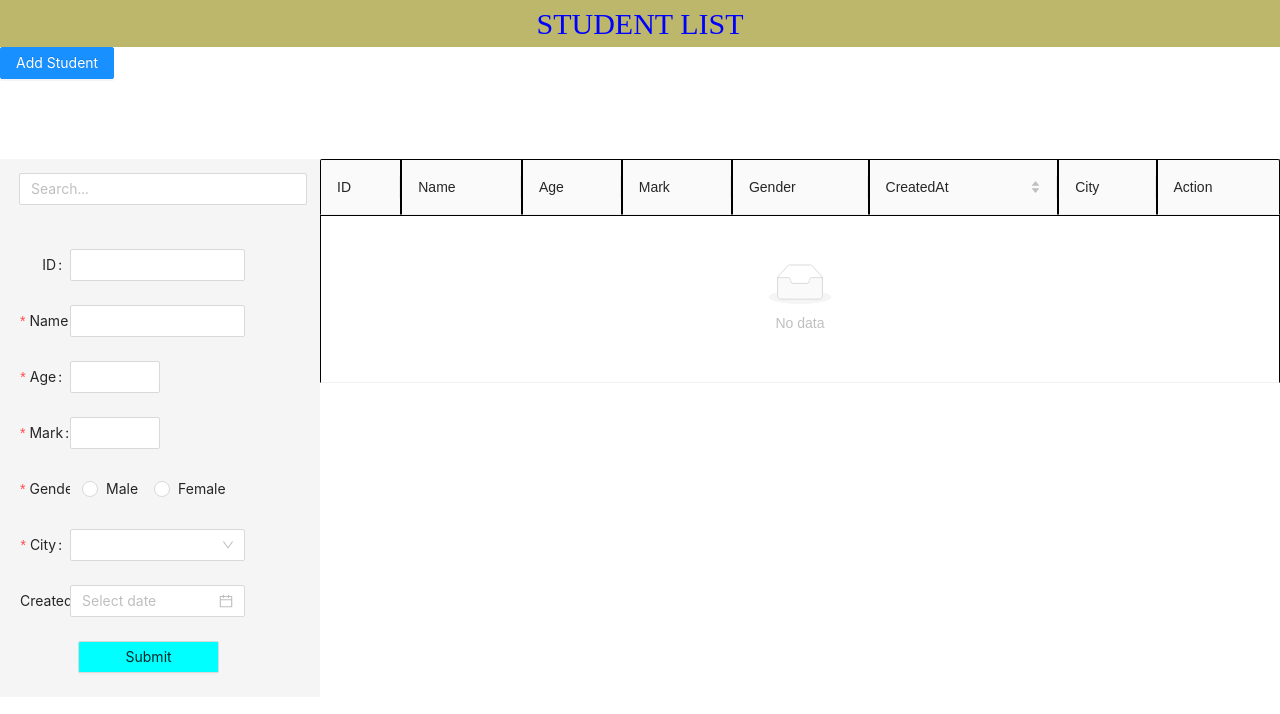
Repository: haminhdat1407/react-api-student
Page: /
The author's editor kept a copy of each file at every save. The page is drawn from the files as they stood at one save, then again after the next save.
The browser window is 1280 px wide. The pictures show the whole page.
The page's requests for data from a server got no answer. The project was rebuilt for these pictures with package versions that can differ from the ones it lists, and the page was loaded fresh each time. No one was signed in, and anything a server would have sent is missing. Also part of the build but not shown: src/styles.css.

Above is the page before, as saved 2022-03-14 10:27:37.

### public/index.html
<!DOCTYPE html>
<html lang="en">
  <head>
    <meta charset="utf-8" />
    <link rel="icon" href="%PUBLIC_URL%/favicon.ico" />
    <meta name="viewport" content="width=device-width, initial-scale=1" />
    <meta name="theme-color" content="#000000" />
    <meta
      name="description"
      content="Web site created using create-react-app"
    />
    <link rel="apple-touch-icon" href="%PUBLIC_URL%/logo192.png" />
    <link rel="stylesheet" href="https://cdnjs.cloudflare.com/ajax/libs/font-awesome/6.0.0/css/all.min.css" integrity="sha512-9usAa10IRO0HhonpyAIVpjrylPvoDwiPUiKdWk5t3PyolY1cOd4DSE0Ga+ri4AuTroPR5aQvXU9xC6qOPnzFeg==" crossorigin="anonymous" referrerpolicy="no-referrer" />

    <link rel="manifest" href="%PUBLIC_URL%/manifest.json" />


    <title>Students</title>
  </head>
  <body>
    <noscript>You need to enable JavaScript to run this app.</noscript>
    <div id="root"></div>

  </body>
</html>

### src/index.css
body {
  margin: 0;
  font-family: -apple-system, BlinkMacSystemFont, 'Segoe UI', 'Roboto', 'Oxygen',
    'Ubuntu', 'Cantarell', 'Fira Sans', 'Droid Sans', 'Helvetica Neue',
    sans-serif;
  -webkit-font-smoothing: antialiased;
  -moz-osx-font-smoothing: grayscale;
}

code {
  font-family: source-code-pro, Menlo, Monaco, Consolas, 'Courier New',
    monospace;
}
.ant-table-pagination-right {
  justify-content: center !important;
}

### src/App.js
import { Col, Row } from 'antd';
import { useEffect, useState } from 'react';
import './App.css';
import studentApi from './apis/studentApi';
import FormInput from './components/Form';
import SearchForm from './components/SearchInput';
import StudentList from './components/StudentList';
import ModalForm from './components/ModalForm';
import './styles.css';

export default function App() {
  const [studentList, setStudentList] = useState([]);
  const [idRemove, setIdRemove] = useState('');
  const [idEdit, setIdEdit] = useState('');
  const [searchTerm, setSearchTerm] = useState('');
  const [data, setData] = useState();
  const [studentEdit, setStudentEdit] = useState();
  const [add, setAdd] = useState();

  // get All
  useEffect(() => {
    try {
      (async () => {
        const responseStudent = await studentApi.getAll();
        setStudentList(responseStudent);
      })();
    } catch (error) {
      console.log(error);
    }
  }, []);

  //remove
  useEffect(() => {
    try {
      if (idRemove) {
        (async () => {
          const studentRemove = await studentApi.removeStudentByID(idRemove);
        })();
      }
    } catch (error) {
      console.log(error);
    }
  }, [idRemove]);

  // search by name

  useEffect(() => {
    try {
      (async () => {
        const searchStudent = await studentApi.searchByName(searchTerm);
        setStudentList(searchStudent);
      })();
    } catch (error) {
      console.log(error);
    }
  }, [searchTerm]);

  // add student
  useEffect(() => {
    if (data) {
      (async () => {
        const newStudent = await studentApi.addStudent(data);
        // const newStudent = {
        //   id: payload.id,
        //   name: payload.name,
        //   age: payload.age,
        //   mark: payload.mark,
        //   gender: payload.gender,
        //   city: payload.city,
        //   createdAt: payload.createdAt,
        // };

        setStudentList((prevStudent) => [...prevStudent, newStudent]);
      })();
    }
  }, [data]);

  // get by ID
  useEffect(() => {
    try {
      if (idEdit) {
        (async () => {
          const studentEdit = await studentApi.getByID(idEdit);
          setStudentEdit(studentEdit);
        })();
      }
    } catch (error) {
      console.log(error);
    }
  }, [idEdit]);

  const handleRemoveUser = (idDelete) => {
    setIdRemove(idDelete);
    const newStudentList = studentList.filter((student) => {
      // tra ve 1 mang moi...khong co id can xoa
      return student.id !== idDelete;
    });
    setStudentList(newStudentList);
  };

  const handleSearch = (value) => {
    setSearchTerm(value);
  };

  const handleAddStudent = (data) => {
    setData(data);
  };

  const handleEditStudent = (dataEdit) => {
    setIdEdit(dataEdit);
  };

  console.log(studentEdit);

  //Button addStudent
  const handleAdd = (onAdd) => {
    setAdd(onAdd);
  };

  return (
    <>
      <label className='lb-student'>STUDENT LIST</label>
      <ModalForm type='primary' onAdd={handleAdd} />
      <Row style={{ marginTop: '80px' }}>
        <Col span={18} push={6}>
          <StudentList
            data={studentList}
            onRemove={handleRemoveUser}
            onEditStudent={handleEditStudent}
          />
        </Col>

        <Col style={{ backgroundColor: 'whitesmoke' }} span={6} pull={18}>
          <SearchForm onChange={handleSearch} />
          <FormInput onChange={handleAddStudent} dataEdit={studentEdit} />
        </Col>
      </Row>
    </>
  );
}
//  [dat01, dat02]].len 2 2

//  id : "dat" + (data.lenght + 1)
//  6 filed

### src/App.css
.lb-student {
  display: flex;
  justify-content: center;
  color: blue;
  font-family: -webkit-body;
  font-size: 30px;
  background: darkkhaki;
}

### src/apis/studentApi.js
import axiosClient from './axiosClient';

const studentApi = {
  getAll() {
    const url = `students`;
    return axiosClient.get(url);
  },
  getByID(id) {
    const url = `students/${id}`;
    return axiosClient.get(url);
  },

  removeStudentByID(id) {
    const url = `students/${id}`;
    return axiosClient.delete(url);
  },
  searchByName(searchTerm) {
    const url = `students?name_like=${searchTerm}`;
    return axiosClient.get(url);
  },
  addStudent(data) {
    const url = '/students';
    return axiosClient.post(url, data);
  },
  updateStudent(data) {
    const url = `/students/${data.id}`;
    return axiosClient.patch(url, data);
  },
};

export default studentApi;

### src/components/Form/index.jsx
import {
  Button,
  DatePicker,
  Form,
  Input,
  InputNumber,
  Radio,
  Select,
} from 'antd';
import React from 'react';

const FormInput = ({ onChange, dataEdit = {} }) => {
  const onFinish = (e) => {
    const value = { ...e };
    const formValue = {
      ...value,
      id: value.id + Math.random() * 10000,
    };
    onChange(formValue);
  };

  return (
    <>
      <Form
        // initialValues={
        //   dataEdit
        //     ? {
        //         id: dataEdit.id,
        //         name: dataEdit.name,
        //         age: dataEdit.age,
        //       }
        //     : {}
        // }
        style={{ marginTop: '30px', marginLeft: '20px' }}
        labelCol={{
          span: 4,
        }}
        wrapperCol={{
          span: 14,
        }}
        onFinish={onFinish}
      >
        <Form.Item label='ID' name='id'>
          <Input />
        </Form.Item>

        <Form.Item
          label='Name'
          name='name'
          rules={[
            {
              required: true,
              message: 'Please input your name!',
            },
          ]}
        >
          <Input />
        </Form.Item>

        <Form.Item
          label='Age'
          name='age'
          rules={[
            {
              required: true,
              message: 'Age must be older to learn 0 !',
              type: 'number',
              min: 0,
            },
          ]}
        >
          <InputNumber />
        </Form.Item>

        <Form.Item
          label='Mark'
          name='mark'
          rules={[
            {
              required: true,
              message: 'You can only enter scores from 0 to 10!',
              type: 'number',
              min: 0,
              max: 10,
            },
          ]}
        >
          <InputNumber />
        </Form.Item>

        <Form.Item
          label='Gender'
          name='gender'
          rules={[
            {
              required: true,
              message: 'Please tick your gender!',
            },
          ]}
        >
          <Radio.Group style={{ marginLeft: '12px' }}>
            <Radio value={1}>Male</Radio>
            <Radio value={2}>Female</Radio>
          </Radio.Group>
        </Form.Item>

        <Form.Item
          label='City'
          name='city'
          rules={[
            {
              required: true,
              message: 'Please input your city!',
            },
          ]}
        >
          <Select>
            <Select.Option value='dn'>Da Nang</Select.Option>
            <Select.Option value='hcm'>Ho Chi Minh</Select.Option>
            <Select.Option value='hn'>Ha Noi</Select.Option>
          </Select>
        </Form.Item>

        <Form.Item label='CreatedAt' name='createdAt'>
          <DatePicker />
        </Form.Item>

        <Form.Item style={{ marginLeft: '58px' }}>
          <Button block htmlType='submit' style={{ backgroundColor: 'aqua' }}>
            Submit
          </Button>
        </Form.Item>
      </Form>
    </>
  );
};
export default FormInput;

### src/components/SearchInput/index.jsx
import React, { useState } from 'react';
import PropTypes from 'prop-types';
import { Input } from 'antd';

SearchForm.propTypes = {
  onChange: PropTypes.func,
};

function SearchForm({ onChange }) {
  const handleInputChange = (e) => {
    onChange(e.target.value);
  };
  return (
    <Input
      style={{ margin: '14px 19px', width: '90%' }}
      placeholder='Search...'
      onChange={handleInputChange}
    />
  );
}

export default SearchForm;

### src/components/StudentList/index.jsx
import { Button, Form, Table } from 'antd';
import 'antd/dist/antd.css';
import dayjs from 'dayjs';
import PropTypes from 'prop-types';
import React, { useState } from 'react';
import './style.css';

const { Column, ColumnGroup } = Table;

StudentList.propTypes = {
  data: PropTypes.array,
  onEditStudent: PropTypes.func,
  onRemove: PropTypes.func,
  onAdd: PropTypes.func,
};

function StudentList({ data, onEditStudent, onRemove, onAdd }) {
  const handleRemove = (id) => {
    onRemove(id);
  };
  const handleEditStudent = (idEdit) => {
    onEditStudent(idEdit);
  };

  const columns = [
    {
      title: 'ID',
      dataIndex: 'id',
      key: 'key',
    },
    {
      title: 'Name',
      dataIndex: 'name',
      key: 'key',
    },
    {
      title: 'Age',
      dataIndex: 'age',
      key: 'key',
    },
    {
      title: 'Mark',
      dataIndex: 'mark',
      key: 'key',
      render: (mark) => {
        return parseFloat(mark).toFixed(1);
      },
    },
    {
      title: 'Gender',
      dataIndex: 'gender',
      key: 'key',
    },
    {
      title: 'CreatedAt',
      dataIndex: 'createdAt',
      key: 'key',
      render: (createdAt) => {
        return dayjs(createdAt).format('YYYY-MM-DD');
      },
      sorter: {
        compare: (a, b) => b.createdAt - a.createdAt,
        multiple: 2,
      },
    },
    {
      title: 'City',
      dataIndex: 'city',
      key: 'key',
    },
    {
      title: 'Action',
      dataIndex: 'id',
      key: 'key',
      render: (dataIndex) => {
        return (
          <div key={dataIndex}>
            <Button
              type='primary'
              danger
              onClick={() => handleRemove(dataIndex)}
            >
              Delete
            </Button>
            <Button
              type='primary'
              style={{ marginLeft: '10px' }}
              onClick={() => handleEditStudent(dataIndex)}
            >
              Edit
            </Button>
          </div>
        );
      },
    },
  ];

  return (
    <>
      <Table dataSource={data} columns={columns}></Table>
    </>
  );
}

export default StudentList;

### src/components/ModalForm/index.jsx
import React, { useState } from 'react';
// import { Modal, Button } from 'antd';
import {
  Button,
  DatePicker,
  Form,
  Input,
  InputNumber,
  Radio,
  Select,
  Modal,
} from 'antd';

import PropTypes from 'prop-types';

ModalForm.propTypes = {
  onAdd: PropTypes.func,
};

function ModalForm(onAdd) {
  const [isModalVisible, setIsModalVisible] = useState(false);
  const showModal = () => {
    setIsModalVisible(true);
  };

  const handleOk = () => {
    setIsModalVisible(false);
  };

  const handleCancel = () => {
    setIsModalVisible(false);
  };

  return (
    <>
      <Button type='primary' onClick={showModal}>
        Add Student
      </Button>
      <Modal
        title='Add Student'
        visible={isModalVisible}
        onOk={handleOk}
        onCancel={handleCancel}
      >
        {/* Form */}
        <Form
          // initialValues={
          //   dataEdit
          //     ? {
          //         id: dataEdit.id,
          //         name: dataEdit.name,
          //         age: dataEdit.age,
          //       }
          //     : {}
          // }
          style={{ marginTop: '30px', marginLeft: '20px' }}
          labelCol={{
            span: 4,
          }}
          wrapperCol={{
            span: 14,
          }}
          //   onFinish={onFinish}
        >
          <Form.Item label='ID' name='id'>
            <Input />
          </Form.Item>

          <Form.Item
            label='Name'
            name='name'
            rules={[
              {
                required: true,
                message: 'Please input your name!',
              },
            ]}
          >
            <Input />
          </Form.Item>

          <Form.Item
            label='Age'
            name='age'
            rules={[
              {
                required: true,
                message: 'Age must be older to learn 0 !',
                type: 'number',
                min: 0,
              },
            ]}
          >
            <InputNumber />
          </Form.Item>

          <Form.Item
            label='Mark'
            name='mark'
            rules={[
              {
                required: true,
                message: 'You can only enter scores from 0 to 10!',
                type: 'number',
                min: 0,
                max: 10,
              },
            ]}
          >
            <InputNumber />
          </Form.Item>

          <Form.Item
            label='Gender'
            name='gender'
            rules={[
              {
                required: true,
                message: 'Please tick your gender!',
              },
            ]}
          >
            <Radio.Group style={{ marginLeft: '12px' }}>
              <Radio value={1}>Male</Radio>
              <Radio value={2}>Female</Radio>
            </Radio.Group>
          </Form.Item>

          <Form.Item
            label='City'
            name='city'
            rules={[
              {
                required: true,
                message: 'Please input your city!',
              },
            ]}
          >
            <Select>
              <Select.Option value='dn'>Da Nang</Select.Option>
              <Select.Option value='hcm'>Ho Chi Minh</Select.Option>
              <Select.Option value='hn'>Ha Noi</Select.Option>
            </Select>
          </Form.Item>

          <Form.Item label='CreatedAt' name='createdAt'>
            <DatePicker />
          </Form.Item>

          <Form.Item style={{ marginLeft: '58px' }}>
            <Button block htmlType='submit' style={{ backgroundColor: 'aqua' }}>
              Submit
            </Button>
          </Form.Item>
        </Form>
      </Modal>
    </>
  );
}

export default ModalForm;

### src/apis/axiosClient.js
import axios from 'axios';

const axiosClient = axios.create({
  baseURL: 'https://js-post-api.herokuapp.com/api/',
  headers: {
    'Content-Type': 'application/json',
  },
});

axiosClient.interceptors.request.use(
  function (config) {
    return config;
  },
  function (error) {
    return Promise.reject(error);
  }
);

// Add a response interceptor
axiosClient.interceptors.response.use(
  function (response) {
    return response.data;
  },
  function (error) {
    return Promise.reject(error);
  }
);

export default axiosClient;

### src/components/StudentList/style.css
table {
  font-family: arial, sans-serif;
  border-collapse: collapse;
  width: 100%;
}

td,
th {
  border: 1px solid #000;
  text-align: left;
  padding: 8px;
  text-align: center;
}

tr:nth-child(even) {
  background-color: #dddddd;
}
.student_title {
  text-align: center;
  font-size: 40px;
}
.student_list {
  width: 90%;
  margin: 20px auto;
}
.delete_btn {
  cursor: pointer;
  color: red;
}

Loaded but not shown: src/index.js (common file); src/reportWebVitals.js (common file)

After the next save:
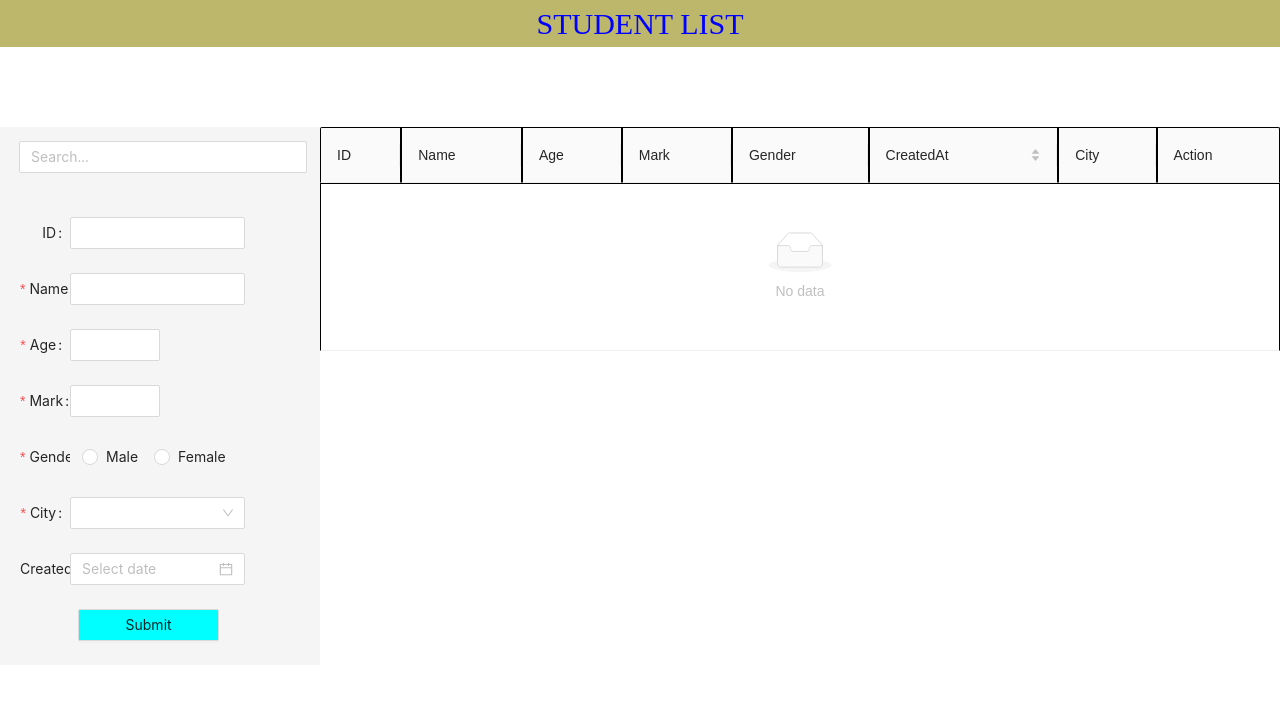
Saved 17 min 18 s later.
--- a/src/App.js
+++ b/src/App.js
@@ -120,7 +120,7 @@ export default function App() {
   return (
     <>
       <label className='lb-student'>STUDENT LIST</label>
-      <ModalForm type='primary' onAdd={handleAdd} />
+      {/* <ModalForm type='primary' onAdd={handleAdd} /> */}
       <Row style={{ marginTop: '80px' }}>
         <Col span={18} push={6}>
           <StudentList
